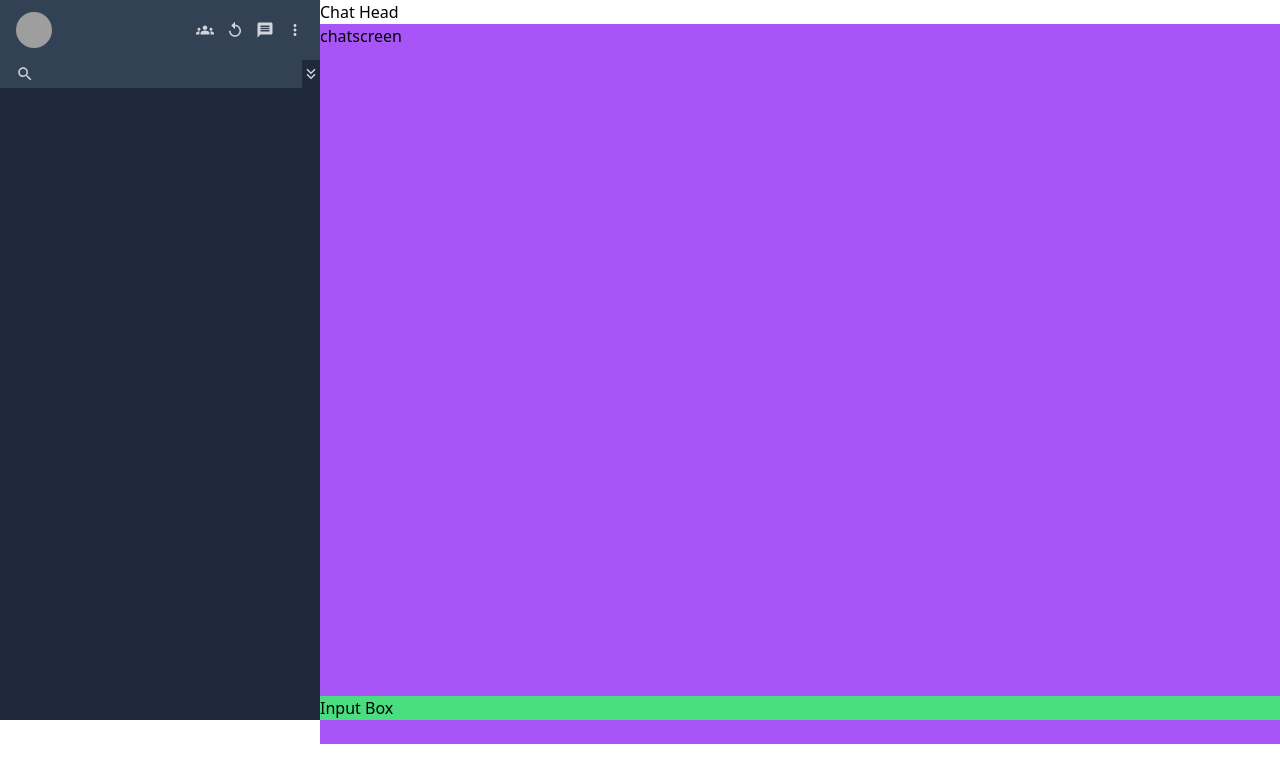
Repository: theanmol-raj/whatsapp
Page: /
These files come from the project's save history. The page is drawn as it stood at one moment and after the next save; the edit follows.
The browser window is 1280 px wide. The pictures show the whole page.
Pictures or frames that could not be fetched are drawn as grey boxes. The project was rebuilt for these pictures with package versions that can differ from the ones it lists, and the page was loaded fresh each time.

Above is the page before, as saved 2022-12-03 21:52:10.

### src/index.js
import React from 'react';
import ReactDOM from 'react-dom/client';
import './index.css';
import App from './App';






const root = ReactDOM.createRoot(document.getElementById('root'));

root.render(
  <App />
);

### src/App.js
import Homescreen from "./Screens/Homescreen";

function App() {

  return (
    <div className="h-screen w-screen bg-slate-900">
      <Homescreen />
      {/* LoginScreen */}
    </div>
  );
}

export default App;

### src/Screens/Homescreen.jsx
import React from 'react'
import ChatScreen from '../Components/ChatScreen'
import ContactList from '../Components/ContactList'

function Homescreen() {
  return (
    <div className=' w-full max-w-[95rem] grid grid-cols-4 h-screen bg-red-500 mx-auto'>
        {/* Contact List */}
            <ContactList />
        {/* Message Box */}
            <ChatScreen />

    </div>
  )
}

export default Homescreen

### src/Components/ChatScreen.jsx
import React from 'react'

function ChatScreen() {
  return (
    <div className=' bg-yellow-400 col-span-3 relative'>
        <div className=' w-full bg-white sticky top-0'>
                Chat Head
        </div>
        <div className=' h-full bg-purple-500'>
                chatscreen
        </div>
        <div className=' w-full sticky bottom-0 bg-green-400'>
                Input Box
        </div>
    </div>
  )
}

export default ChatScreen

### src/Components/ContactList.jsx
import React from 'react'
import GroupsIcon from '@mui/icons-material/Groups';
import ReplayIcon from '@mui/icons-material/Replay';
import MessageIcon from '@mui/icons-material/Message';
import MoreVertIcon from '@mui/icons-material/MoreVert';
import KeyboardDoubleArrowDownIcon from '@mui/icons-material/KeyboardDoubleArrowDown';
import SearchIcon from '@mui/icons-material/Search';


function ContactList() {
  return (
    <div className=' bg-slate-800'>
      <div className=' flex justify-between items-center p-3 px-4 bg-slate-700'>
        <img className=' rounded-full h-9 w-9' alt='' src="https://pps.whatsapp.net/v/t61.24694-24/158723607_419193396439292_5955373819812020282_n.jpg?stp=dst-jpg_s96x96&ccb=11-4&oh=01_AdRKjHR9ktMhs2HrAksQulr5trvWOTtpB53hlyDh0ZECbw&oe=63986EC2" />
        <div className=' flex text-gray-300 text-lg space-x-3'>
          <GroupsIcon fontSize='inherit' />
          <ReplayIcon fontSize='inherit' />
          <MessageIcon fontSize='inherit' />
          <MoreVertIcon fontSize='inherit' />
        </div>

      </div>
      <div className=' flex items-center text-gray-300 text-lg'>
        <div className='flex items-center w-full bg-slate-700 px-4'>
          <SearchIcon fontSize='inherit' />
          <input className=' bg-transparent w-full' />
        </div>
        <KeyboardDoubleArrowDownIcon fontSize='inherit' />

      </div>

    </div>
  )
}

export default ContactList

Loaded but not shown: public/index.html (common file); src/index.css (common file); tailwind.config.js (common file)

After the next save:
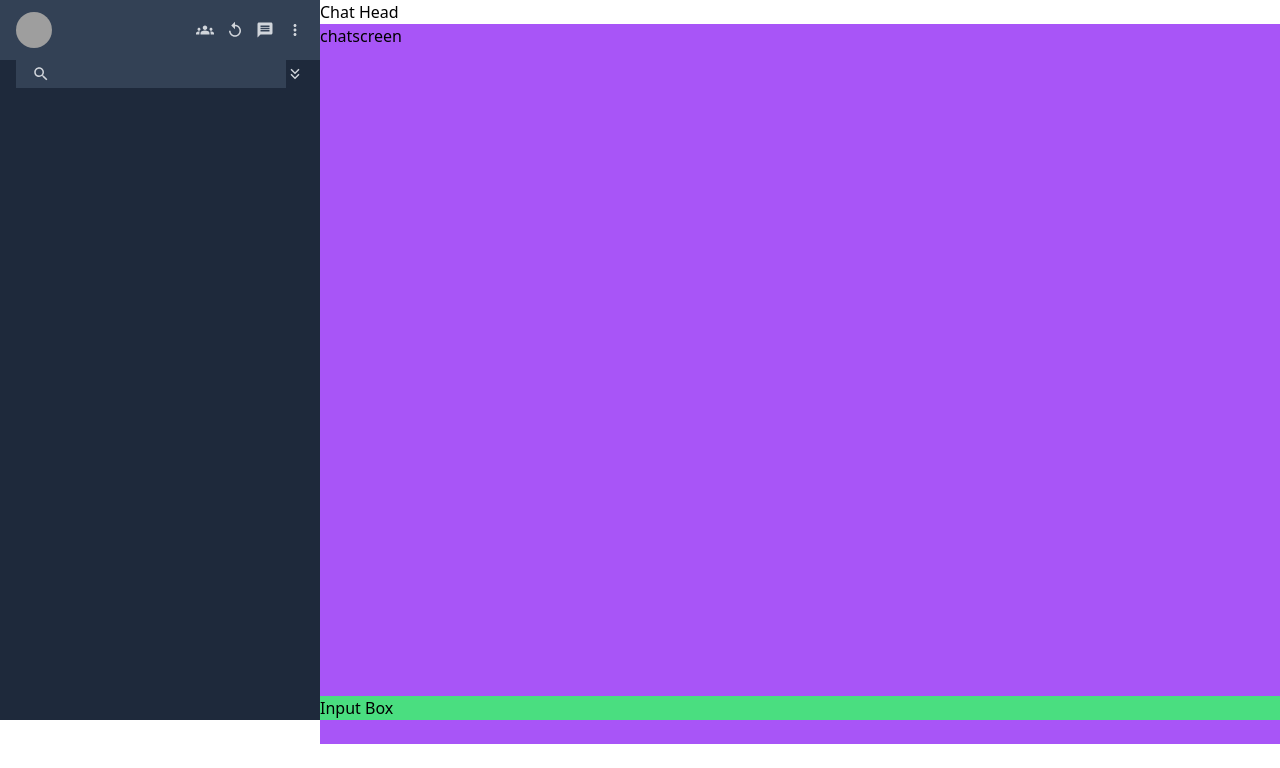
Saved 12 s later.
--- a/src/Components/ContactList.jsx
+++ b/src/Components/ContactList.jsx
@@ -20,7 +20,7 @@ function ContactList() {
         </div>
 
       </div>
-      <div className=' flex items-center text-gray-300 text-lg'>
+      <div className=' flex items-center text-gray-300 px-4 text-lg'>
         <div className='flex items-center w-full bg-slate-700 px-4'>
           <SearchIcon fontSize='inherit' />
           <input className=' bg-transparent w-full' />
